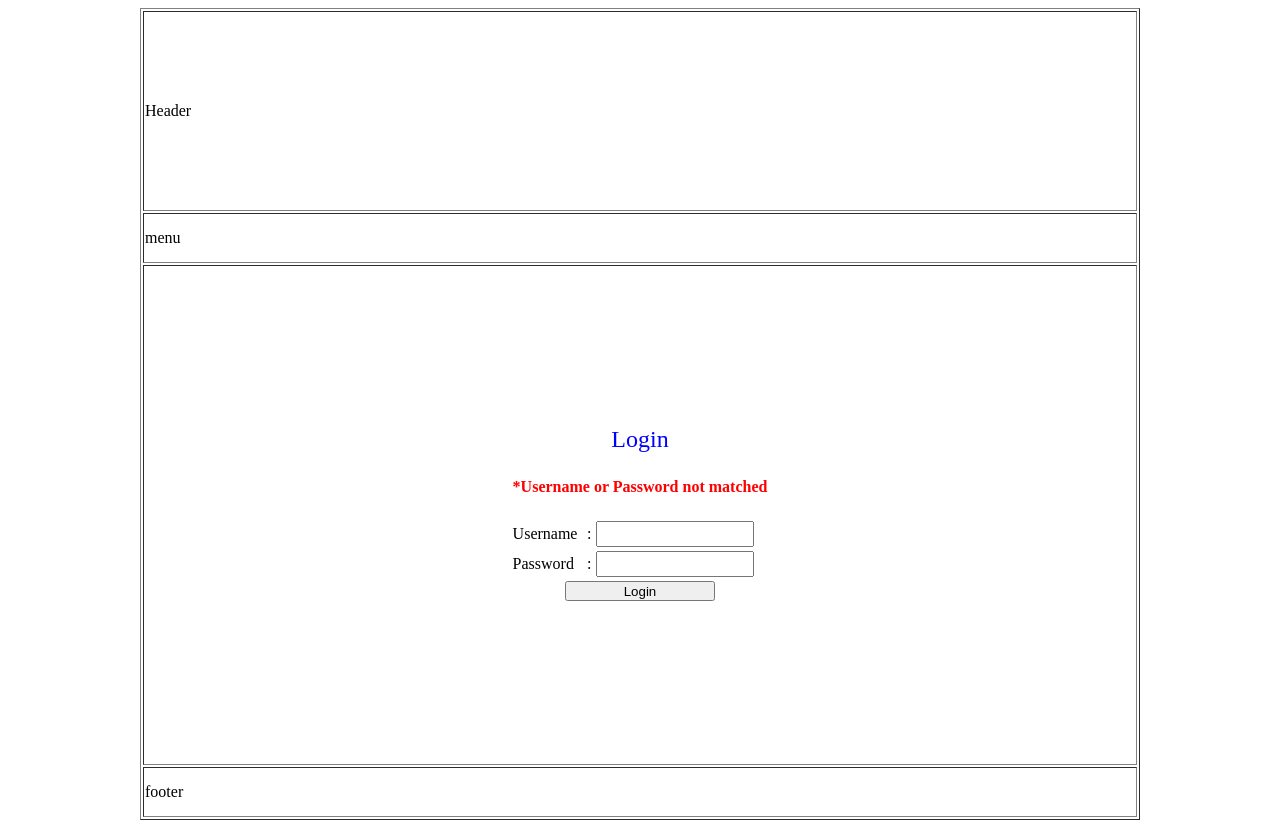
Repository: PraveenRavipati/MyWork
Page: Java/workspaces/office Java WorkScapces/training/LoginProperty/WebContent/LoginErr.html
These files come from the project's save history. The page is drawn as it stood at one moment and after the next save; the edit follows.
The browser window is 1280 px wide. The pictures show the whole page.

Above is the page before, as saved 2014-06-05 05:37:09.

After the next save:
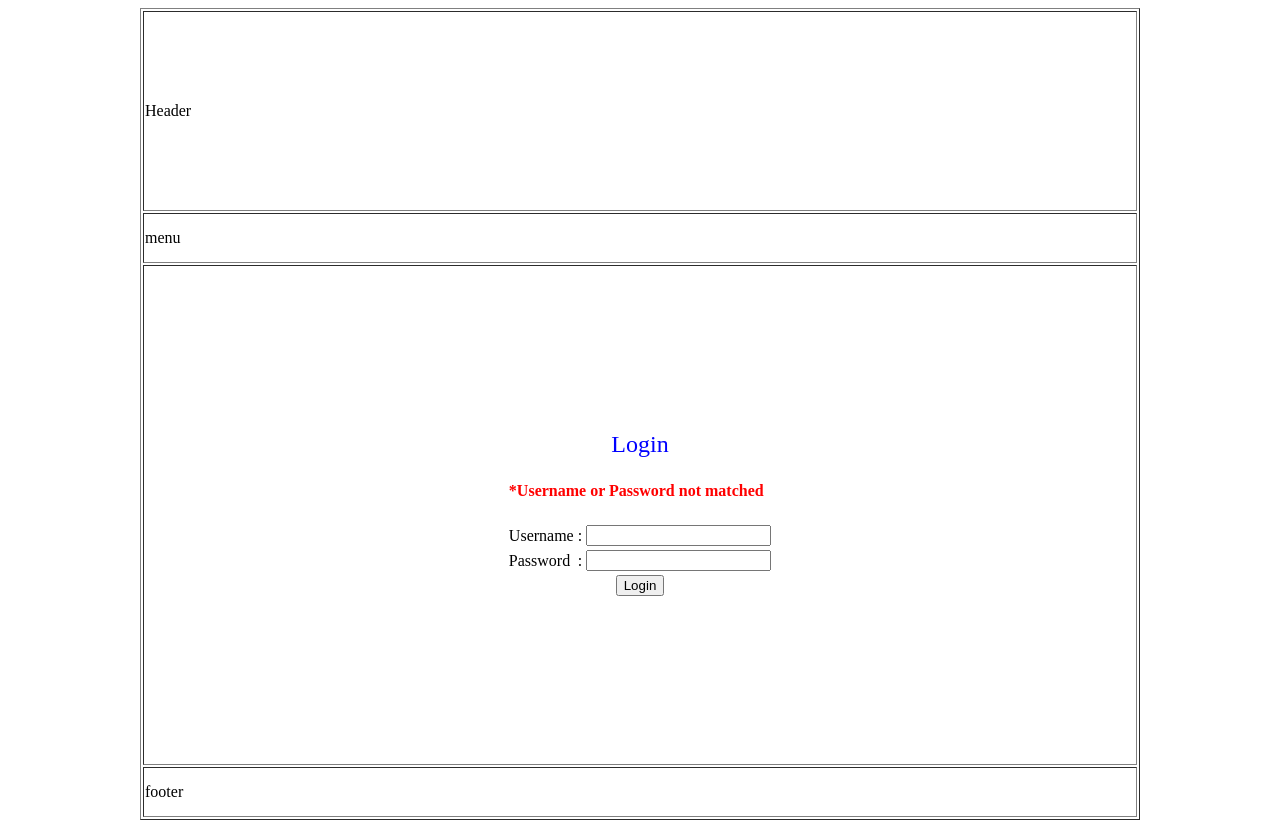
Saved 31 s later.
--- a/Java/workspaces/office Java WorkScapces/training/LoginProperty/WebContent/style2.css
+++ b/Java/workspaces/office Java WorkScapces/training/LoginProperty/WebContent/style2.css
@@ -8,11 +8,3 @@
 	font: small-caps;
 	color: red;
 }
-input {
-	width: 150px;
-	height: 20px;
-}
-#submit{
-	width: 80px;
-	height: 30px;
-}
